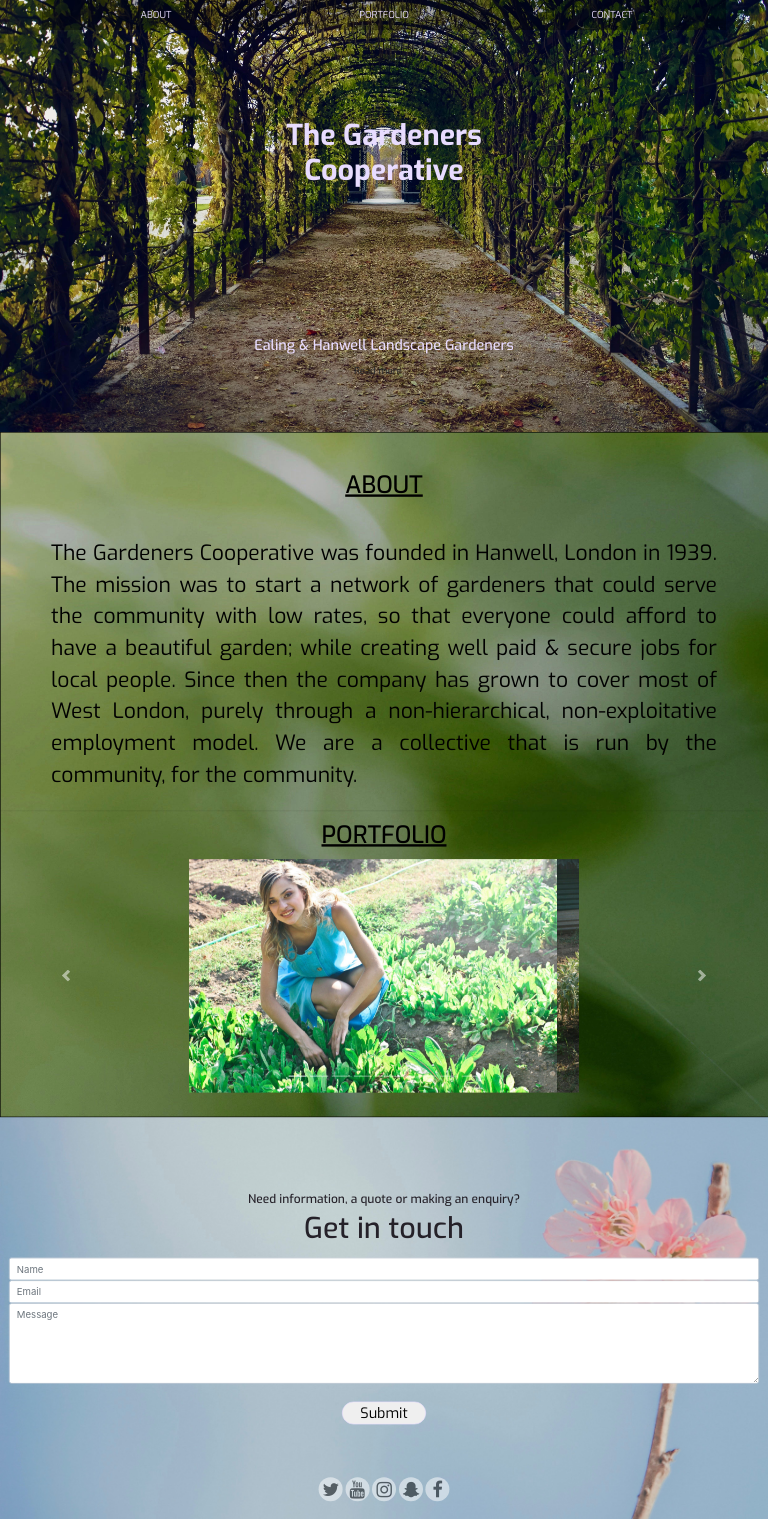
Repository: harrypars0ns/milestone-project
Page: index.html
The author's editor kept a record of every edit. The page is drawn from the files as they stood at one moment, then again after the next edit.
The browser window is 1280 px wide. The pictures show the whole page, at 60% of full size.
Backgrounds fixed to the window are drawn as part of the page.

Above is the page before.

After the next edit:
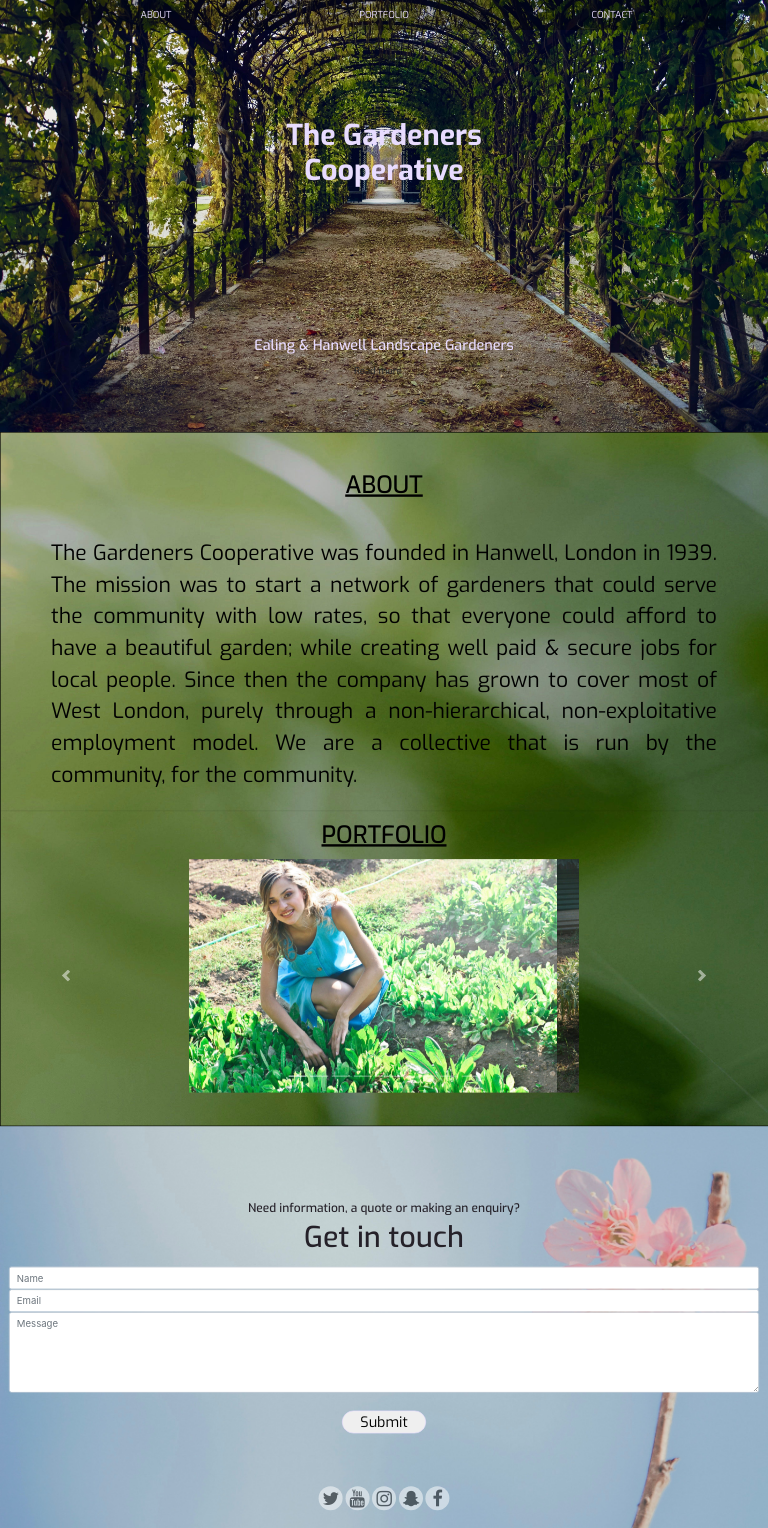
The edit:
--- a/assets/css/style.css
+++ b/assets/css/style.css
@@ -174,6 +174,10 @@
 
 /*----------------------------------------- portfolio*/
 
+#portfolio {
+    margin-bottom: 55px;
+}
+
 .portfolio {
     font-family: "Exo", sans-serif;
 
